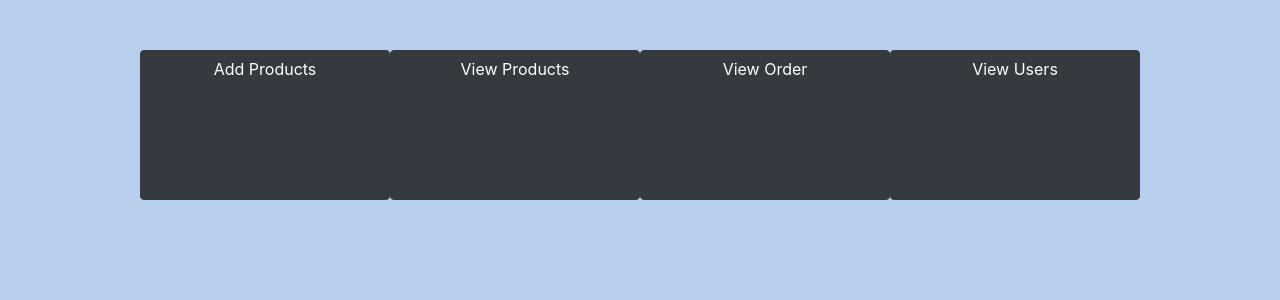
Repository: abhishekgandhi2398/BookStore
Page: http://localhost/BookStore/2.jsp
An editor plug-in stored every save of this project. The page is shown before and after the next save, followed by the edit.
The browser window is 1280 px wide. The pictures show the whole page.
The page is served by Tomcat 9. Other server files are loaded and not shown.

Above is the page before, as saved 2019-12-06 16:06:58.
Console error: TypeError: Cannot read properties of undefined (reading 'fn')

### ProjectJava/BookStore/WebContent/2.jsp
<%@ page language="java" contentType="text/html; charset=ISO-8859-1"
    pageEncoding="ISO-8859-1"%>
<!DOCTYPE html>
<html>
<head>
<meta charset="ISO-8859-1">
<title>Insert title here</title>

<link rel="stylesheet" href="https://maxcdn.bootstrapcdn.com/bootstrap/4.0.0/css/bootstrap.min.css">
<script src="https://maxcdn.bootstrapcdn.com/bootstrap/4.0.0/js/bootstrap.min.js"></script>


</head>
<body style="background-color: #B7CEEC;">


<div style="background-color: #B7CEEC; height: 250px; width: 100%;" class="d-flex justify-content-center  align-items-center">





<a href="add_product.jsp" class="btn btn-dark" style="height: 150px; width: 250px;">Add Products</a><br>

<a href="admin_view_product.jsp" class="btn btn-dark" style="height: 150px; width: 250px;">View Products</a>
<br>

<a href="vieworderadmin.jsp" class="btn btn-dark" style="height: 150px; width: 250px;">View Order</a>
<br>

<a href="admin_view_users.jsp" class="btn btn-dark" style="height: 150px; width: 250px;">View Users</a>

</div>

</body>
</html>

After the next save:
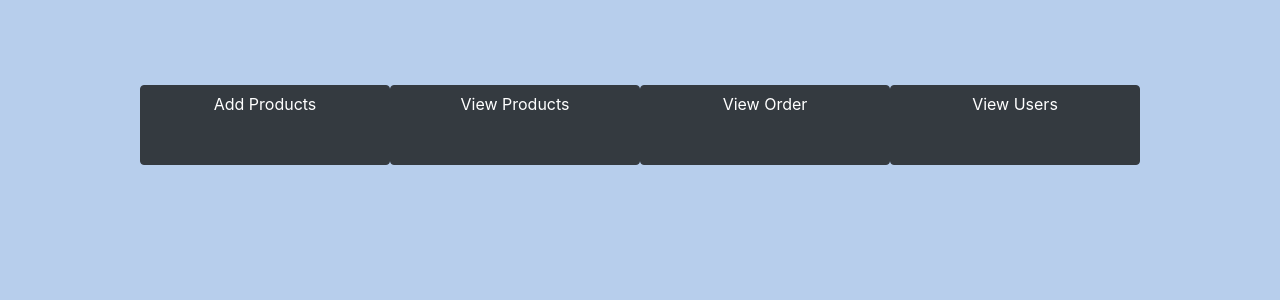
Saved 34 s later.
--- a/ProjectJava/BookStore/WebContent/2.jsp
+++ b/ProjectJava/BookStore/WebContent/2.jsp
@@ -20,15 +20,15 @@
 
 
 
-<a href="add_product.jsp" class="btn btn-dark" style="height: 150px; width: 250px;">Add Products</a><br>
+<a href="add_product.jsp" class="btn btn-dark" style="height: 80px; width: 250px;">Add Products</a><br>
 
-<a href="admin_view_product.jsp" class="btn btn-dark" style="height: 150px; width: 250px;">View Products</a>
+<a href="admin_view_product.jsp" class="btn btn-dark" style="height: 80px; width: 250px;">View Products</a>
 <br>
 
-<a href="vieworderadmin.jsp" class="btn btn-dark" style="height: 150px; width: 250px;">View Order</a>
+<a href="vieworderadmin.jsp" class="btn btn-dark" style="height: 80px; width: 250px;">View Order</a>
 <br>
 
-<a href="admin_view_users.jsp" class="btn btn-dark" style="height: 150px; width: 250px;">View Users</a>
+<a href="admin_view_users.jsp" class="btn btn-dark" style="height: 80px; width: 250px;">View Users</a>
 
 </div>
 
